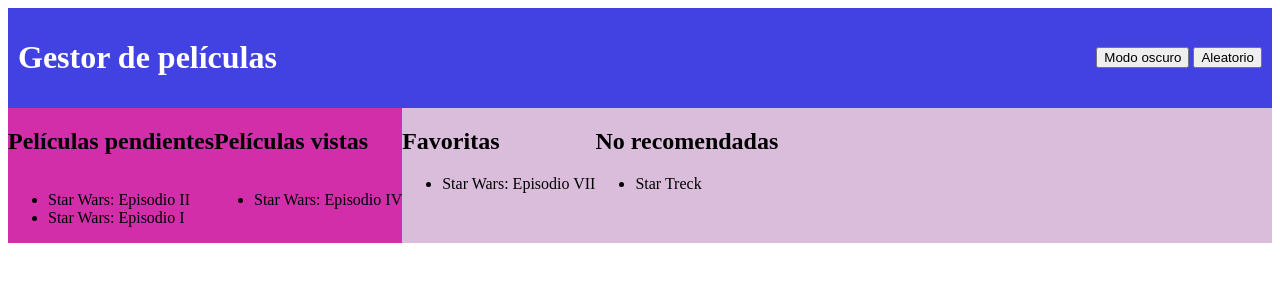
Repository: alvarobarasona/DAW_2
Page: DIW/EXAMEN_SEGUNDA_EV/public/index.html
These files come from the project's save history. The page is drawn as it stood at one moment and after a run of saves; the edit follows.
The browser window is 1280 px wide. The pictures show the whole page.
The style sheet was rebuilt from its Sass, Less or Tailwind sources for each picture, by a compiler version that may differ from the author's.

Above is the page before, as saved 2024-03-04 17:20:02.

### DIW/EXAMEN_SEGUNDA_EV/public/index.html
<!DOCTYPE html>
<html lang="es">
    <head>
        <meta charset="UTF-8">
        <meta name="viewport" content="width=device-width, initial-scale=1.0">
        <title>Gestor de películas</title>
        <link rel="stylesheet" href="./css/style.css">
    </head>
    <body>
        <header>
            <h1>Gestor de películas</h1>
            <div>
                <button>Modo oscuro</button>
                <button>Aleatorio</button>
            </div>
        </header>
        <main>
            <div id="pendient-movies">
                <div class="movies-header">
                    <h2>Películas pendientes</h2>
                </div>
                <div class="movies-container">
                    <ul>
                        <li>Star Wars: Episodio II</li>
                        <li>Star Wars: Episodio I</li>
                    </ul>
                </div>
            </div>
            <div id="show-movies">
                <div class="movies-header">
                    <h2>Películas vistas</h2>
                </div>
                <div class="movies-container">
                    <ul>
                        <li>Star Wars: Episodio IV</li>
                    </ul>
                </div>
            </div>
            <div id="favourites-movies">
                <div class="movies-header">
                    <h2>Favoritas</h2>
                </div>
                <div class="movies-container">
                    <ul>
                        <li>Star Wars: Episodio VII</li>
                    </ul>
                </div>
            </div>
            <div id="no-recomendated-movies">
                <div class="movies-header">
                    <h2>No recomendadas</h2>
                </div>
                <div class="movies-container">
                    <ul>
                        <li>Star Treck</li>
                    </ul>
                </div>
            </div>
        </main>
    </body>
</html>

### DIW/EXAMEN_SEGUNDA_EV/public/scss/style.scss
@import "abstracts/mixins";
@import "abstracts/variables";

header {
    @include aparience(row, $header_color, $header_font_color);
    justify-content: space-between;
    align-items: center;
    padding: 10px;
}

main {
    @include aparience(row, $main_bgc, $movies_font_color);
}

#pendient-movies {
    @include aparience(column, $pendient_movies, $movies_font_color);
}

#show-movies {
    @include aparience(column, $pendient_movies, $movies_font_color);
}

### DIW/EXAMEN_SEGUNDA_EV/public/scss/abstracts/_mixins.scss
@mixin flex_display($display_option) {
    display: flex;
    flex-direction: $display_option;
}

@mixin aparience($display_option, $background_color, $font_color) {
    @include flex_display($display_option);
    background-color: $background_color;
    color: $font_color;
}

### DIW/EXAMEN_SEGUNDA_EV/public/scss/abstracts/_variables.scss
//Colores de la web
$header_color: rgb(66, 66, 226);
$header_font_color: white;
$buttons_bgc: rgb(139, 26, 139);
$main_bgc: rgb(217, 189, 218);
$pendient_movies: rgb(211, 46, 170);
$show_movies: rgb(248, 214, 21);
$favourites_movies: green;
$no_recomendated_movies: rgb(89, 48, 238);
$movies_font_color: black;

//Tamaño de fuentes de la web
$header_title_size: 40px;
$buttons_font_size: 8px;
$header_movie_title_size: 12px;
$movie_text_size: 10px;

After the next 2 saves:
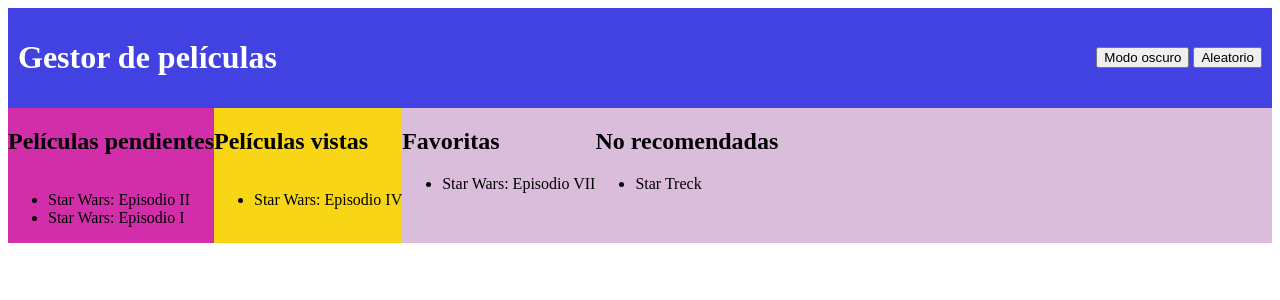
The 2 saves are shown as one change because they came seconds apart.
The last was saved 18 s later.
--- a/DIW/EXAMEN_SEGUNDA_EV/public/scss/style.scss
+++ b/DIW/EXAMEN_SEGUNDA_EV/public/scss/style.scss
@@ -17,5 +17,5 @@ main {
 }
 
 #show-movies {
-    @include aparience(column, $pendient_movies, $movies_font_color);
+    @include aparience(column, $show_movies, $movies_font_color);
 }
